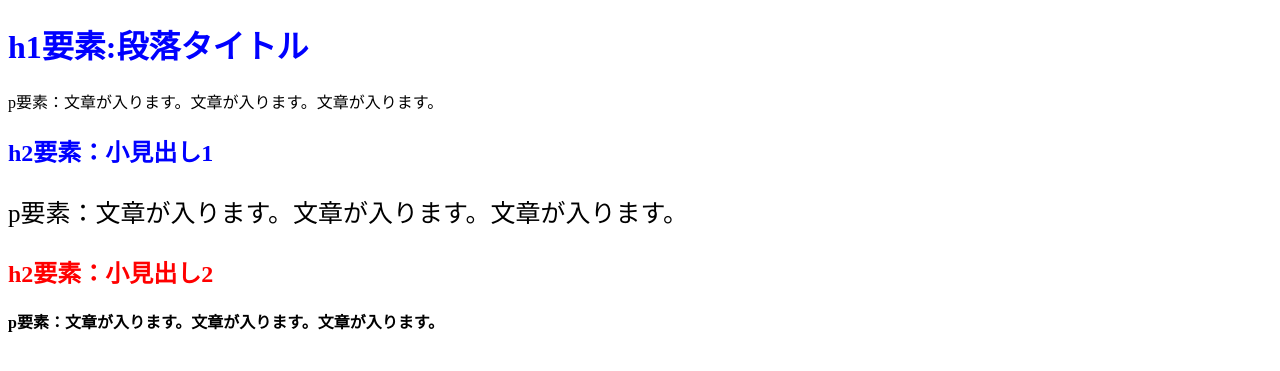
Repository: Makishima-kouhei/samurai_HTML-CSS
Page: index.html
The author's editor kept a record of every edit. The page is drawn from the files as they stood at one moment, then again after the next edit.
The browser window is 1280 px wide. The pictures show the whole page.

Above is the page before.

After the next edit:
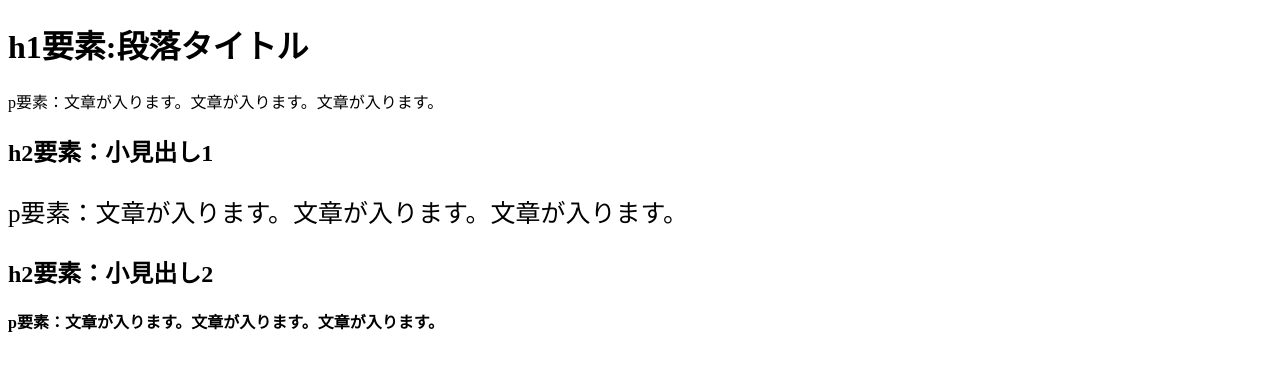
The edit:
--- a/index.html
+++ b/index.html
@@ -3,14 +3,6 @@
     <head>
         <meta charset="UTF-8">
         <title>HTML/CSSの学習</title>
-        <style>
-            #red {
-                color: red;
-            }
-            .blue {
-                color: blue;
-            }
-        </style>
     </head>
     <body>
         <h1 class="blue">h1要素:段落タイトル</h1>
